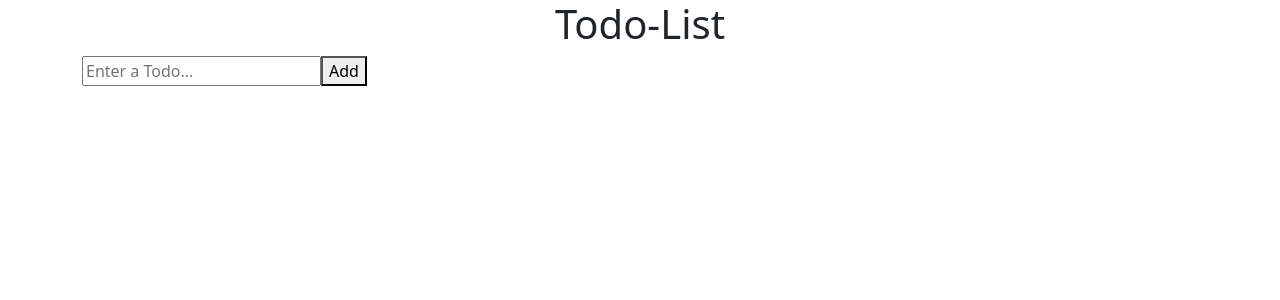
Repository: kieuduc123/Todo-List
Page: /
These files come from the project's save history. The page is drawn as it stood at one moment and after the next save; the edit follows.
The browser window is 1280 px wide. The pictures show the whole page.
The project was rebuilt for these pictures with package versions that can differ from the ones it lists, and the page was loaded fresh each time.

Above is the page before, as saved 2024-02-14 19:52:57.

### public/index.html
<!DOCTYPE html>
<html lang="en">

<head>
  <meta charset="utf-8" />
  <link rel="icon" href="%PUBLIC_URL%/favicon.ico" />
  <meta name="viewport" content="width=device-width, initial-scale=1" />
  <meta name="theme-color" content="#000000" />
  <meta name="description" content="Web site created using create-react-app" />
  <link rel="apple-touch-icon" href="%PUBLIC_URL%/logo192.png" />
  <link href="https://cdn.jsdelivr.net/npm/bootstrap@5.3.2/dist/css/bootstrap.min.css" rel="stylesheet"
    integrity="sha384-T3c6CoIi6uLrA9TneNEoa7RxnatzjcDSCmG1MXxSR1GAsXEV/Dwwykc2MPK8M2HN" crossorigin="anonymous">
</head>
<link rel="stylesheet" href="https://cdnjs.cloudflare.com/ajax/libs/font-awesome/6.5.1/css/all.min.css"
  integrity="sha512-DTOQO9RWCH3ppGqcWaEA1BIZOC6xxalwEsw9c2QQeAIftl+Vegovlnee1c9QX4TctnWMn13TZye+giMm8e2LwA=="
  crossorigin="anonymous" referrerpolicy="no-referrer" />
<!--
      manifest.json provides metadata used when your web app is installed on a
      user's mobile device or desktop. See https://developers.google.com/web/fundamentals/web-app-manifest/
    -->
<link rel="manifest" href="%PUBLIC_URL%/manifest.json" />

<title>TODO-LIST</title>
</head>

<body>
  <noscript>You need to enable JavaScript to run this app.</noscript>
  <div id="root"></div>
  <!--
      This HTML file is a template.
      If you open it directly in the browser, you will see an empty page.

      You can add webfonts, meta tags, or analytics to this file.
      The build step will place the bundled scripts into the <body> tag.

      To begin the development, run `npm start` or `yarn start`.
      To create a production bundle, use `npm run build` or `yarn build`.
    -->
  <script src="https://cdn.jsdelivr.net/npm/bootstrap@5.3.2/dist/js/bootstrap.bundle.min.js"
    integrity="sha384-C6RzsynM9kWDrMNeT87bh95OGNyZPhcTNXj1NW7RuBCsyN/o0jlpcV8Qyq46cDfL"
    crossorigin="anonymous"></script>
</body>

</html>

### src/index.js
import React from "react";
import ReactDOM from "react-dom/client";

import App from "./App";

const root = ReactDOM.createRoot(document.getElementById("root"));
root.render(
    <React.StrictMode>
        <App />
    </React.StrictMode>
);

// If you want to start measuring performance in your app, pass a function
// to log results (for example: reportWebVitals(console.log))
// or send to an analytics endpoint. Learn more: https://bit.ly/CRA-vitals

### src/App.js
import React, { useEffect, useState } from "react";
import Header from "./components/Header";
import Form from "./components/Form";
import TodosList from "./components/TodosList";
const App = () => {
    const initialState = JSON.parse(localStorage.getItem("todo")) || [];
    const [input, setInput] = useState("");
    const [todos, setTodos] = useState(initialState);
    const [editTodo, setEditTodo] = useState(null);

    useEffect(() => {
        localStorage.setItem("todo", JSON.stringify(todos));
    }, [todos]);
    return (
        <div className="container mt-10">
            <div className="app-wrapper">
                <div className="text-center">
                    <Header />
                </div>
                <div>
                    <Form
                        input={input}
                        setInput={setInput}
                        todos={todos}
                        setTodos={setTodos}
                        editTodo={editTodo}
                        setEditTodo={setEditTodo}
                    />
                </div>
                <div>
                    <TodosList
                        todos={todos}
                        setTodos={setTodos}
                        setEditTodo={setEditTodo}
                    />
                </div>
            </div>
        </div>
    );
};

export default App;

### src/components/Header.js
import React from "react";

const Header = () => {
    return (
        <div className="header">
            <h1>Todo-List </h1>
        </div>
    );
};

export default Header;

### src/components/Form.js
import React, { useEffect } from "react";
import { v4 as uuidv4 } from "uuid";
const Form = ({ input, setInput, todos, setTodos, editTodo, setEditTodo }) => {
    const updateTodo = (title, id, completed) => {
        const newTodo = todos.map((todo) =>
            todo.id === id ? { title, id, completed } : todo
        );

        setTodos(newTodo);
        setEditTodo("");
    };
    useEffect(() => {
        if (editTodo) {
            setInput(editTodo.title);
        } else {
            setInput("");
        }
    }, [setInput, editTodo]);
    const onInputChang = (e) => {
        setInput(e.target.value);
    };
    const onFormSubmit = (e) => {
        e.preventDefault();
        if (!editTodo) {
            setTodos([
                ...todos,
                { id: uuidv4(), title: input, completed: false },
            ]);
            setInput("");
        } else {
            updateTodo(input, editTodo.id, editTodo.completed);
        }
    };
    return (
        <form onSubmit={onFormSubmit}>
            <input
                placeholder="Enter a Todo..."
                className="task-input"
                type="text"
                value={input}
                required
                onChange={onInputChang}
            />
            <button type="submit" className="button-add">
                {editTodo ? "OK" : " Add"}
            </button>
        </form>
    );
};

export default Form;

### src/components/TodosList.js
import React from "react";

const TodosList = ({ todos, setTodos, setEditTodo }) => {
    const handleDelete = ({ id }) => {
        setTodos(todos.filter((todo) => todo.id !== id));
    };
    const handleComplete = (todo) => {
        setTodos(
            todo.map((item) => {
                if (item.id === todo.id) {
                    return { ...item, completed: !item.completed };
                }
                return item;
            })
        );
    };
    const handleEdit = ({ id }) => {
        const findTodo = todos.find((todo) => todo.id === id);
        setEditTodo(findTodo);
    };
    return (
        <div>
            {todos.map((todo) => (
                <li className="todo-list " key={todo.id}>
                    <input
                        type="text"
                        value={todo.title}
                        onChange={(e) => e.preventDefault()}
                    />
                    <div>
                        <button
                            className="button-complete"
                            onClick={() => handleComplete(todo)}
                        >
                            <i className="fa fa-check-circle"></i>
                        </button>
                        <button
                            className="button-edit"
                            onClick={() => handleEdit(todo)}
                        >
                            <i className="fa fa-edit"></i>
                        </button>
                        <button
                            className="button-delete"
                            onClick={() => handleDelete(todo)}
                        >
                            <i className="fa fa-trash"></i>
                        </button>
                    </div>
                </li>
            ))}
        </div>
    );
};
export default TodosList;

After the next save:
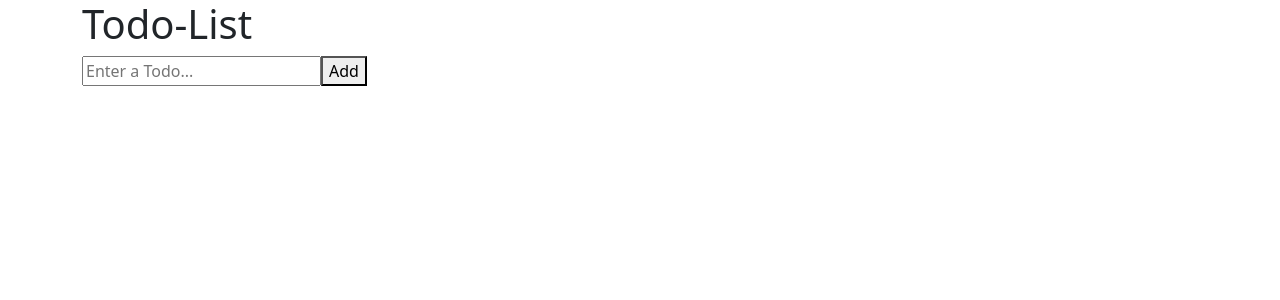
Saved 38 s later.
--- a/src/App.js
+++ b/src/App.js
@@ -14,7 +14,7 @@
     return (
         <div className="container mt-10">
             <div className="app-wrapper">
-                <div className="text-center">
+                <div className="">
                     <Header />
                 </div>
                 <div>

After the save that followed:
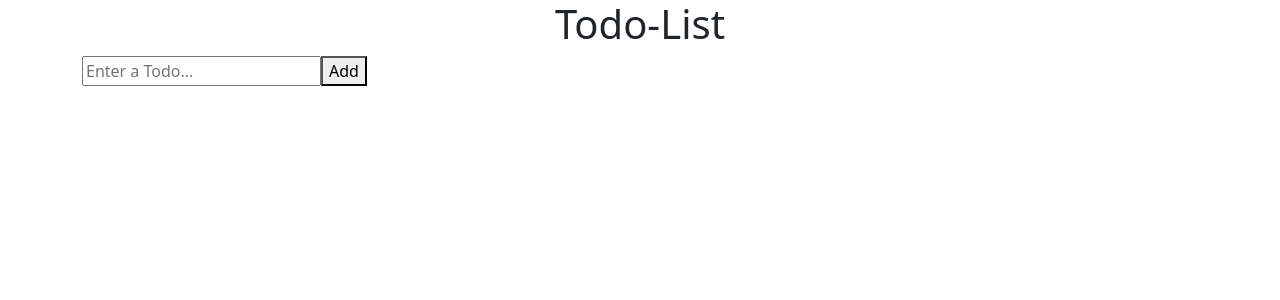
Saved 5 s later.
--- a/src/App.js
+++ b/src/App.js
@@ -12,9 +12,9 @@
         localStorage.setItem("todo", JSON.stringify(todos));
     }, [todos]);
     return (
-        <div className="container mt-10">
+        <div className="container ">
             <div className="app-wrapper">
-                <div className="">
+                <div className="text-center">
                     <Header />
                 </div>
                 <div>
